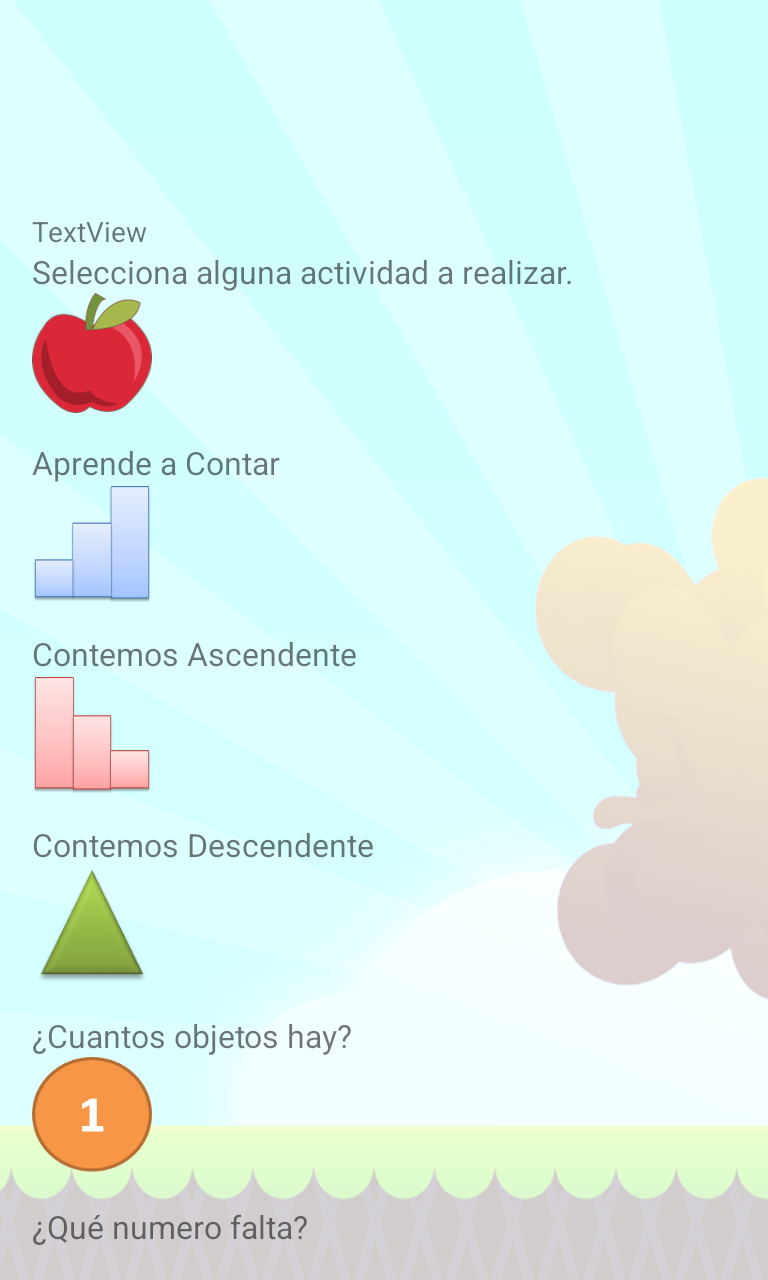
Repository: AntonioloNeviani/ProyectoDeInvestigacion_Android
Layout: FiliiStude/res/layout/activity_indice.xml
These files come from the project's save history. The layout is drawn as it stood at one moment and after the next save; the edit follows.
It is drawn on a 768 x 1280 px phone screen (xhdpi) without system bars, with theme AppTheme; the app's code is not run.

Above is the layout before, as saved 2015-05-26 21:29:46.

### FiliiStude/res/layout/activity_indice.xml
<RelativeLayout xmlns:android="http://schemas.android.com/apk/res/android"
    xmlns:tools="http://schemas.android.com/tools"
    android:layout_width="match_parent"
    android:layout_height="match_parent"
    android:background="@drawable/fondo_index"
    android:paddingBottom="@dimen/activity_vertical_margin"
    android:paddingLeft="@dimen/activity_horizontal_margin"
    android:paddingRight="@dimen/activity_horizontal_margin"
    android:paddingTop="@dimen/activity_vertical_margin"
    tools:context="com.filii.filiistude.Indice" >

    <ScrollView
        android:id="@+id/scrollView1"
        android:layout_width="wrap_content"
        android:layout_height="wrap_content"
        android:layout_alignParentBottom="true"
        android:layout_alignParentLeft="true"
        android:layout_alignParentRight="true"
        android:layout_below="@+id/textView6" >

        <LinearLayout
            android:layout_width="match_parent"
            android:layout_height="match_parent"
            android:orientation="vertical" >

            <TextView
                android:id="@+id/textView6"
                android:layout_width="wrap_content"
                android:layout_height="wrap_content"
                android:text="TextView" />

            <TextView
                android:layout_width="wrap_content"
                android:layout_height="wrap_content"
                android:text="Selecciona alguna actividad a realizar."
                android:textSize="16sp" />

            <ImageButton
                android:id="@+id/ContraManzanas"
                android:layout_width="60dp"
                android:layout_height="60dp"
                android:layout_marginBottom="14dp"
                android:background="@drawable/icomanzana"
                android:onClick="anterior" />

            <TextView
                android:id="@+id/textView1"
                android:layout_width="wrap_content"
                android:layout_height="wrap_content"
                android:text="Aprende a Contar"
                android:textSize="16sp" />

            <ImageButton
                android:id="@+id/ContemosAscendente"
                android:layout_width="60dp"
                android:layout_height="60dp"
                android:layout_marginBottom="14dp"
                android:background="@drawable/ico_escaleraazul"
                android:onClick="anterior" />

            <TextView
                android:id="@+id/textView2"
                android:layout_width="wrap_content"
                android:layout_height="wrap_content"
                android:text="Contemos Ascendente "
                android:textSize="16sp" />

            <ImageButton
                android:id="@+id/ContemosDescendente"
                android:layout_width="60dp"
                android:layout_height="60dp"
                android:layout_marginBottom="14dp"
                android:background="@drawable/ico_escaleraroja"
                android:onClick="anterior" />

            <TextView
                android:id="@+id/textView3"
                android:layout_width="wrap_content"
                android:layout_height="wrap_content"
                android:text="Contemos Descendente "
                android:textSize="16sp" />

            <ImageButton
                android:id="@+id/Objetos"
                android:layout_width="60dp"
                android:layout_height="60dp"
                android:layout_marginBottom="14dp"
                android:background="@drawable/ico_tringulo"
                android:onClick="anterior" />

            <TextView
                android:id="@+id/textView4"
                android:layout_width="wrap_content"
                android:layout_height="wrap_content"
                android:text="¿Cuantos objetos hay?"
                android:textSize="16sp" />

            <ImageButton
                android:id="@+id/Circulos"
                android:layout_width="60dp"
                android:layout_height="60dp"
                android:layout_marginBottom="14dp"
                android:background="@drawable/ico_circulo"
                android:onClick="anterior" />

            <TextView
                android:id="@+id/textView5"
                android:layout_width="wrap_content"
                android:layout_height="wrap_content"
                android:text="¿Qué numero falta?"
                android:textSize="16sp" />

        </LinearLayout>
    </ScrollView>

</RelativeLayout>

Loaded but not shown: FiliiStude/res/values/styles.xml (common file); FiliiStude/res/values-v11/styles.xml (common file); FiliiStude/res/values-v14/styles.xml (common file); FiliiStude/res/values/dimens.xml (common file); FiliiStude/res/values-w820dp/dimens.xml (common file)

After the next save:
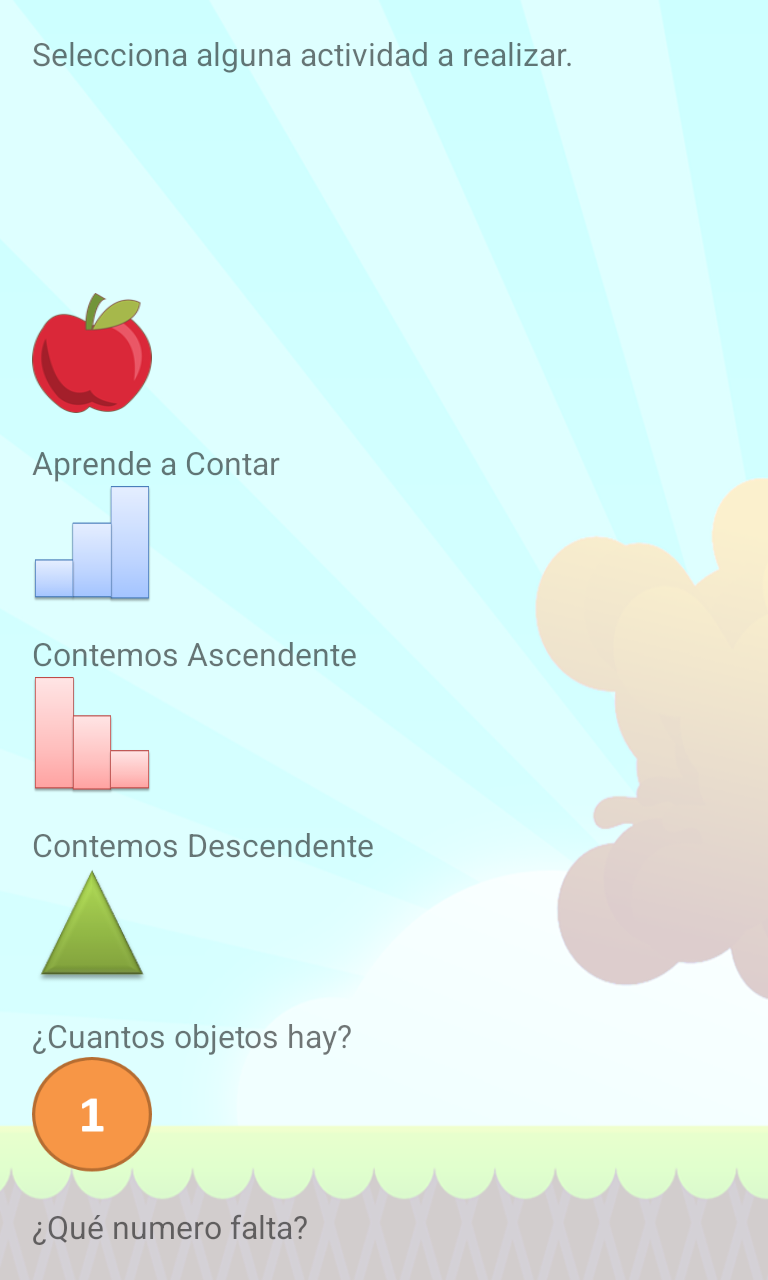
Saved 22 s later.
--- a/FiliiStude/res/layout/activity_indice.xml
+++ b/FiliiStude/res/layout/activity_indice.xml
@@ -8,6 +8,12 @@
     android:paddingRight="@dimen/activity_horizontal_margin"
     android:paddingTop="@dimen/activity_vertical_margin"
     tools:context="com.filii.filiistude.Indice" >
+
+    <TextView
+        android:layout_width="wrap_content"
+        android:layout_height="wrap_content"
+        android:text="Selecciona alguna actividad a realizar."
+        android:textSize="16sp" />
 
     <ScrollView
         android:id="@+id/scrollView1"
@@ -22,18 +28,6 @@
             android:layout_width="match_parent"
             android:layout_height="match_parent"
             android:orientation="vertical" >
-
-            <TextView
-                android:id="@+id/textView6"
-                android:layout_width="wrap_content"
-                android:layout_height="wrap_content"
-                android:text="TextView" />
-
-            <TextView
-                android:layout_width="wrap_content"
-                android:layout_height="wrap_content"
-                android:text="Selecciona alguna actividad a realizar."
-                android:textSize="16sp" />
 
             <ImageButton
                 android:id="@+id/ContraManzanas"
